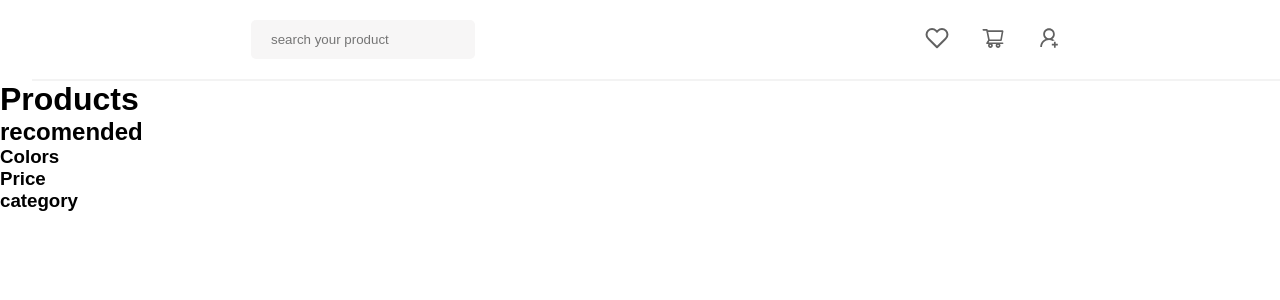
Repository: Mohankrishna1201/final_products_list
Page: /
An editor plug-in stored every save of this project. The page is shown before and after the next save, followed by the edit.
The browser window is 1280 px wide. The pictures show the whole page.
The project was rebuilt for these pictures with package versions that can differ from the ones it lists, and the page was loaded fresh each time.

Above is the page before, as saved 2023-11-01 11:24:11.

### src/App.js
import NavBar from "./Nav/NavBar";
import Products from "./Products/Products";
import Recommended from "./Recommended/Recommended"
import Category from "./SideBar/Category/Category";
import Colors from "./SideBar/Colors/Colors";
import Price from "./SideBar/Price/Price";
import "./App.css"

function App() {
  return (
    <>
      <NavBar />
      <Products />
      <Recommended />
      <Colors />
      <Price />
      <Category />

    </>
  );
}

export default App;

### src/Nav/NavBar.js
import React from 'react'
import { FiHeart } from "react-icons/fi"
import { AiOutlineShoppingCart, AiOutlineUserAdd } from "react-icons/ai"

import "./NavBar.css"
function NavBar() {
    return (
        <nav>
            <div className='nav-container'>
                <input type="text" className='search-input' placeholder='search your product'></input>
            </div>
            <div className='profile-container'>
                <a href='#' >
                    <FiHeart className='nav-icons' />
                </a>
                <a href='#' >
                    <AiOutlineShoppingCart className='nav-icons' />
                </a>
                <a href='#' >
                    <AiOutlineUserAdd className='nav-icons' />
                </a>

            </div>
        </nav>
    )
}

export default NavBar;

### src/Products/Products.js
import React from 'react'

export default function Products() {
    return (
        <div>
            <h1> Products</h1>
        </div>
    )
}

### src/Recommended/Recommended.js
import React from 'react'

export default function Recommended() {
    return (
        <div>
            <h2>  recomended</h2>
        </div>
    )
}

### src/SideBar/Category/Category.js
import React from 'react'

export default function Category() {
    return (
        <div>
            <h3> category</h3>
        </div>
    )
}

### src/SideBar/Colors/Colors.js
import React from 'react'

export default function Colors() {
    return (
        <div>
            <h3>Colors</h3>
        </div>
    )
}

### src/SideBar/Price/Price.js
import React from 'react'

export default function Price() {
    return (
        <div>
            <h3>Price</h3>
        </div>
    )
}

### src/Nav/NavBar.css
nav {
  display: flex;
  border-bottom: 2px solid #f3f3f3;
  justify-content: space-around;
  align-items: center;
  padding: 20px;
  z-index: 999;
  margin-left: 2rem;
}

input {
  padding: 12px 20px;
  border: none;
  background: #f7f6f6;
  outline: none;
  margin-right: 20px;
  border-radius: 5px;
  position: relative;
  width: 14rem;
}

.nav-icons {
  width: 1.5rem;
  height: 1.5rem;
  margin-left: 2rem;
}

Loaded but not shown: public/index.html (common file); src/index.js (common file); src/App.css (common file)

After the next save:
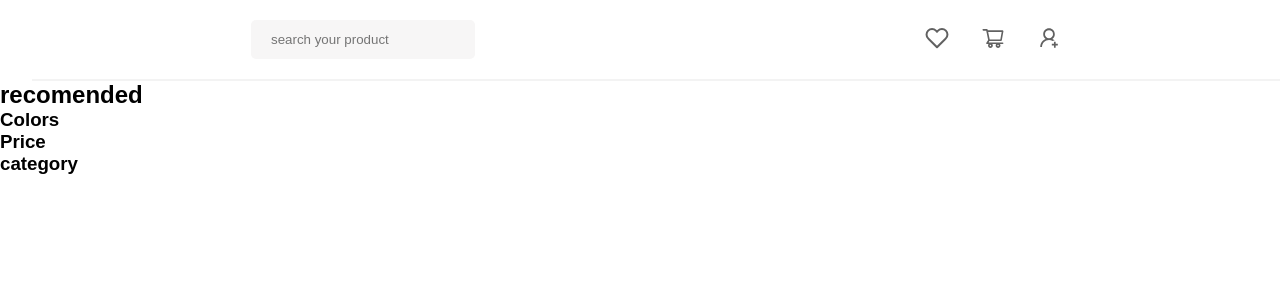
Saved 75 s later.
--- a/src/Products/Products.js
+++ b/src/Products/Products.js
@@ -1,9 +1,10 @@
 import React from 'react'
 
-export default function Products() {
+function Products() {
     return (
-        <div>
-            <h1> Products</h1>
-        </div>
+        <section>
+
+        </section>
     )
 }
+export default Products;
